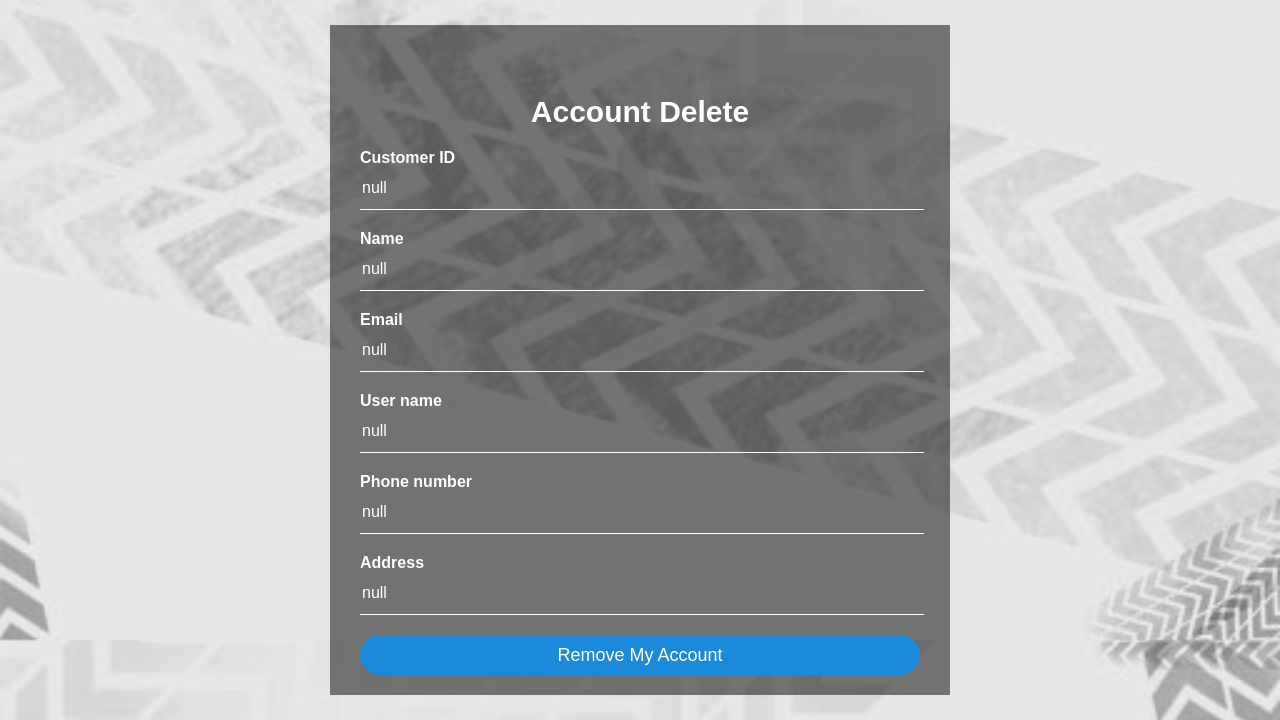
Repository: GamithaManawadu/RentJet-Online-Vehicle-Rental-System
Page: http://localhost/CustomerRegistration/deletecustomer.jsp
An editor plug-in stored every save of this project. The page is shown before and after the next save, followed by the edit.
The browser window is 1280 px wide. The pictures show the whole page.
The page is served by Tomcat 9.

Above is the page before, as saved 2020-05-12 17:12:25.

After the next save:
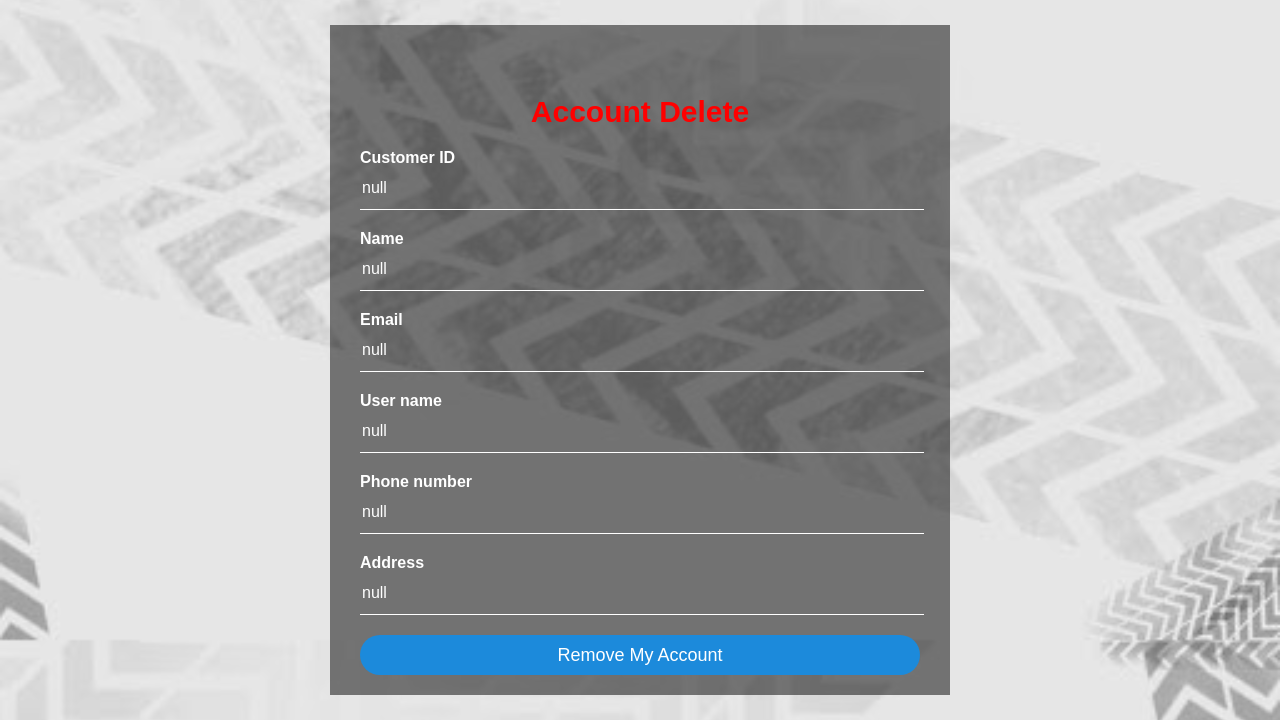
Saved 88 s later.
--- a/CustomerRegistration/WebContent/deletecustomer.jsp
+++ b/CustomerRegistration/WebContent/deletecustomer.jsp
@@ -20,7 +20,7 @@
 
 
 	<div class="register-box">
-	<h1 style="font-size:30px">Account Delete</h1>
+	<h1 style="font-size:30px;color:red">Account Delete</h1>
 	<form action="delete" method="post">
 
 	<p>Customer ID</p>

After the save that followed:
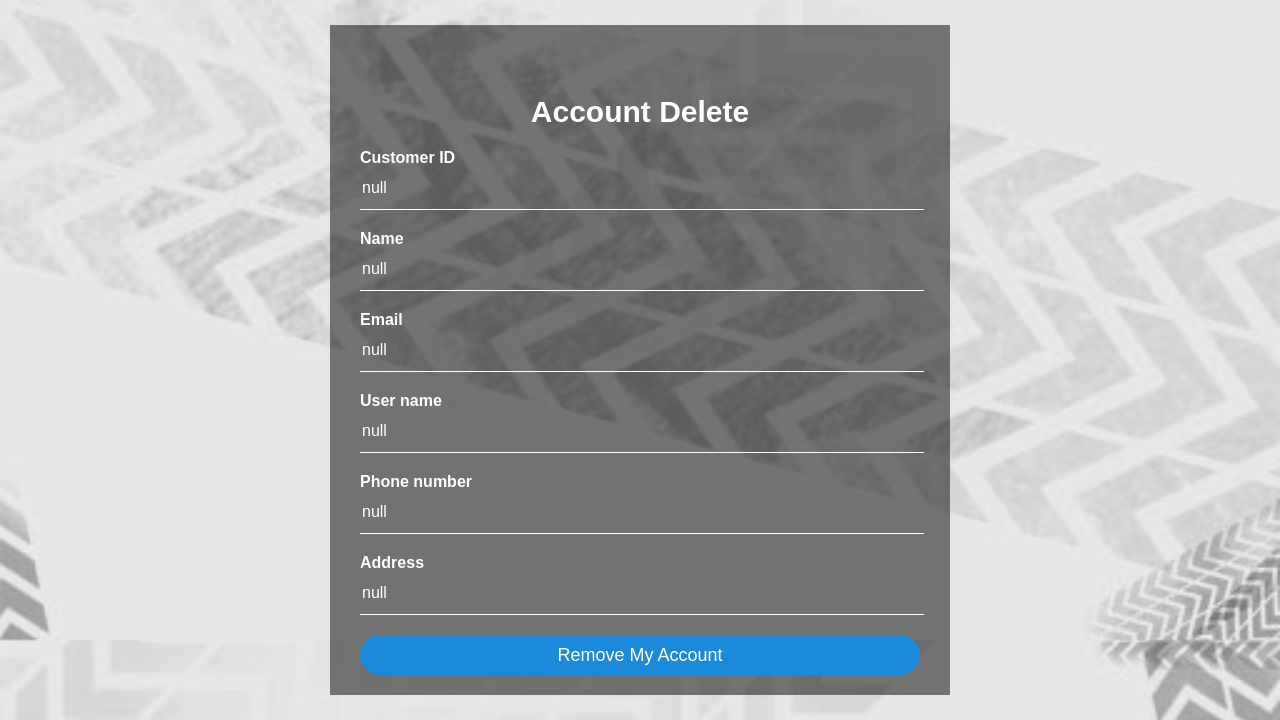
Saved 38 s later.
--- a/CustomerRegistration/WebContent/deletecustomer.jsp
+++ b/CustomerRegistration/WebContent/deletecustomer.jsp
@@ -20,7 +20,7 @@
 
 
 	<div class="register-box">
-	<h1 style="font-size:30px;color:red">Account Delete</h1>
+	<h1 style="font-size:30px;">Account Delete</h1>
 	<form action="delete" method="post">
 
 	<p>Customer ID</p>
